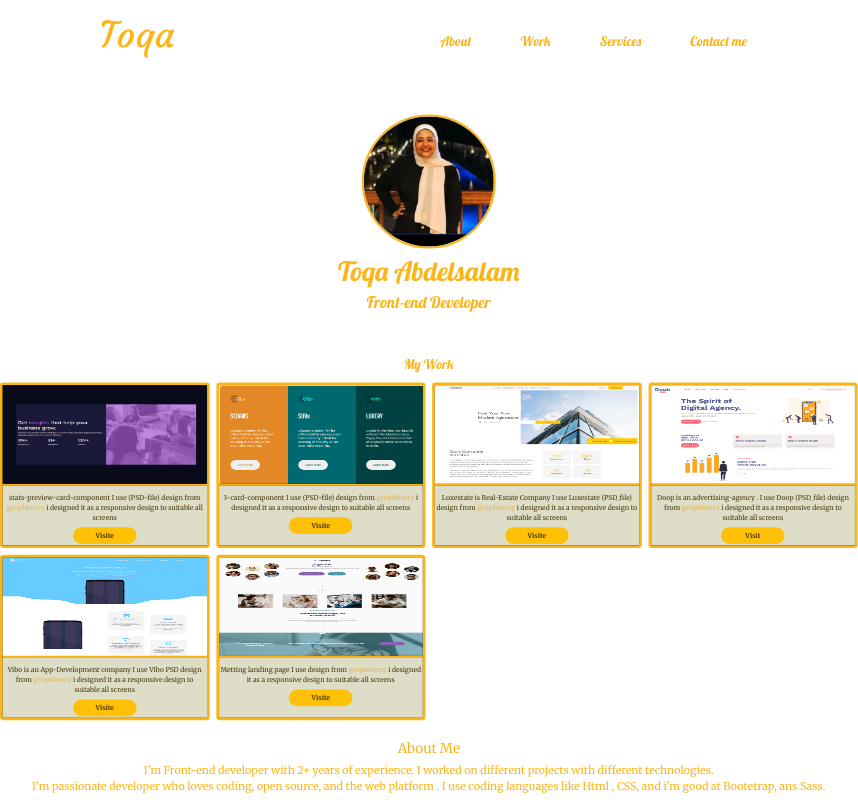
Repository: Toqa-25/portfolio
Page: index.html
An editor plug-in stored every save of this project. The page is shown before and after the next save, followed by the edit.
The browser window is 1280 px wide. The pictures show the whole page, at 67% of full size.
Some web fonts or font styles are not loaded; a fallback is used.

Above is the page before, as saved 2021-10-31 18:10:47.

After the next save:
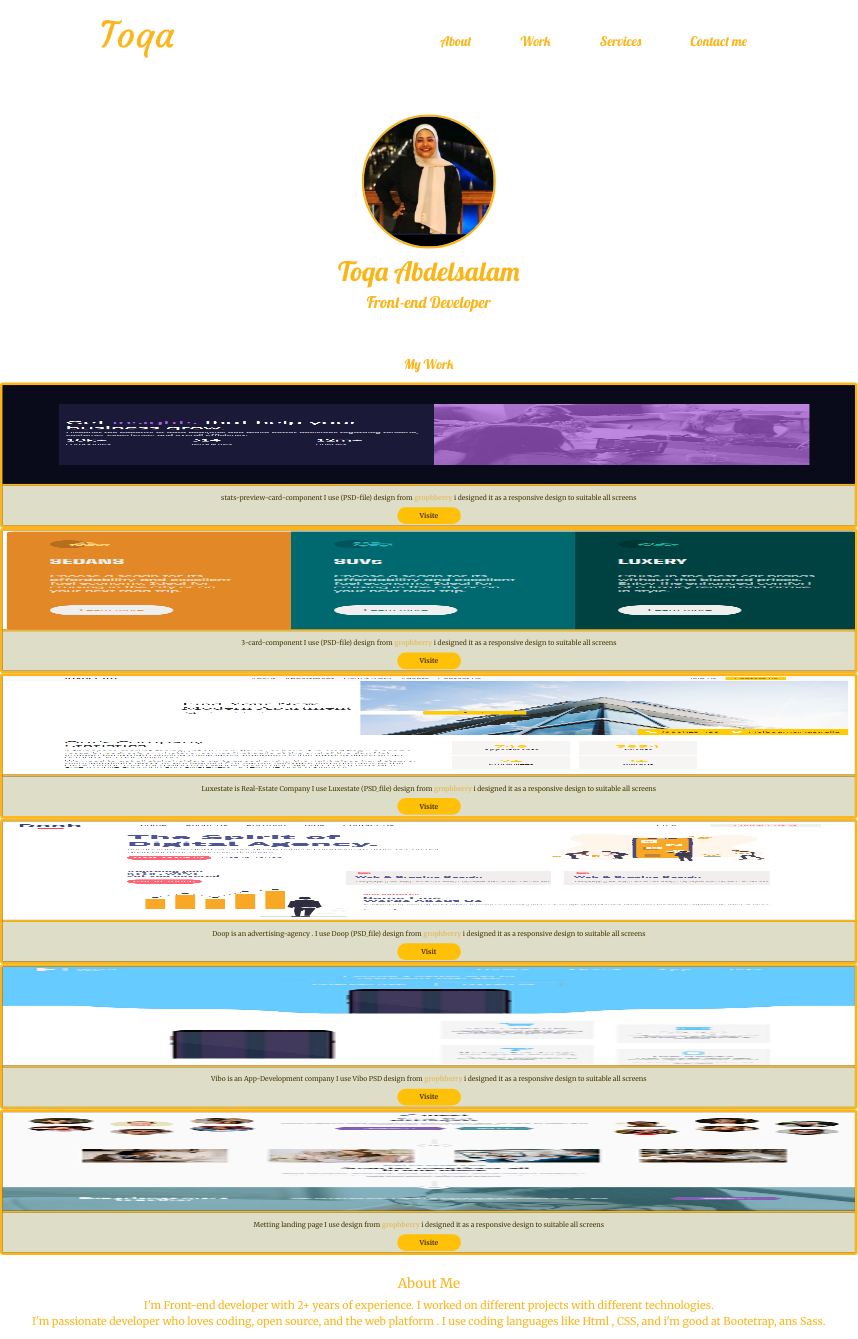
Saved 12 s later.
--- a/css/style.css
+++ b/css/style.css
@@ -142,7 +142,7 @@ body{
     my-work style
 ********************************
 */
- .card-groups{
+ .{
      display: grid;
     grid-template-columns:repeat(4,1fr);
     gap:10px;
